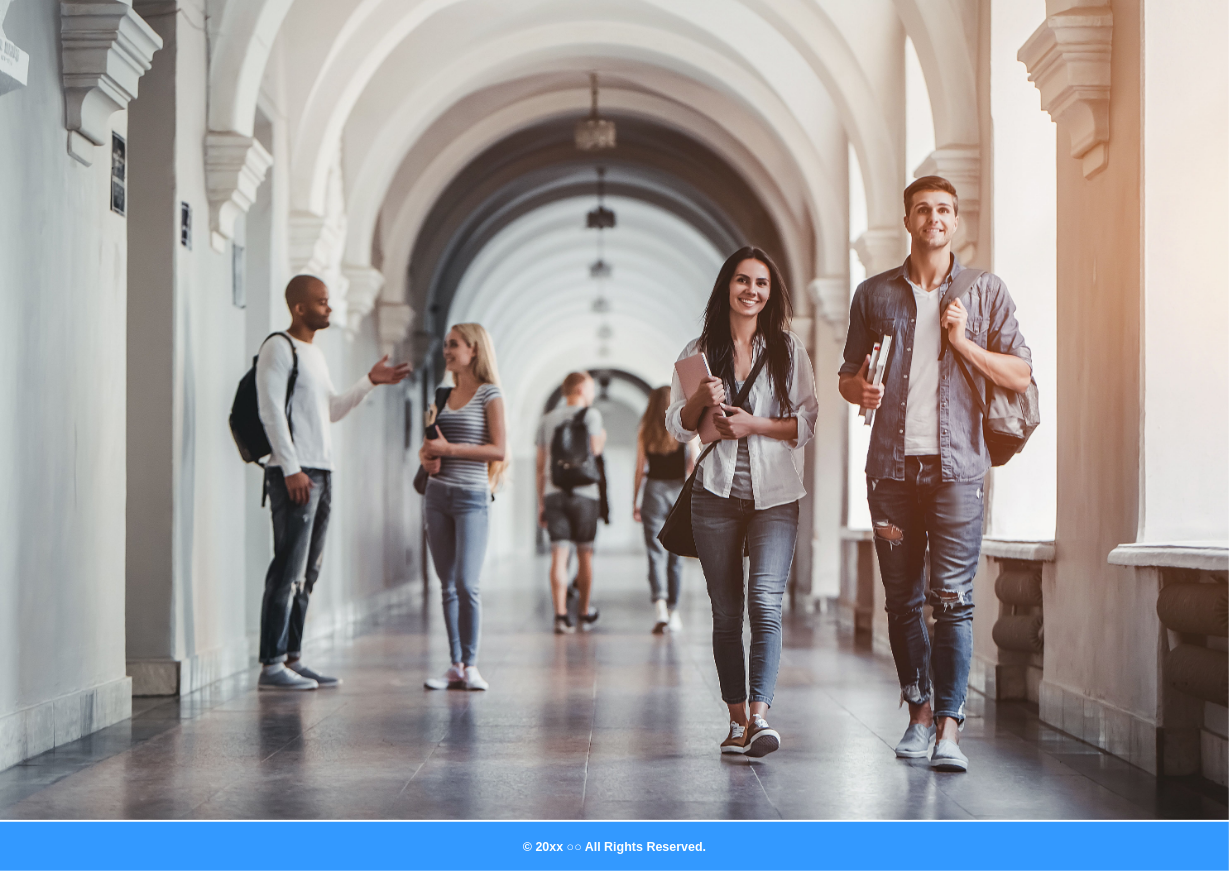
Repository: takahiro5555/samurai_HTML-CSS
Page: home.html
The author's editor kept a record of every edit. The page is drawn from the files as they stood at one moment, then again after the next edit.
The browser window is 1280 px wide. The pictures show the whole page, at 96% of full size.

Above is the page before.

After the next edit:
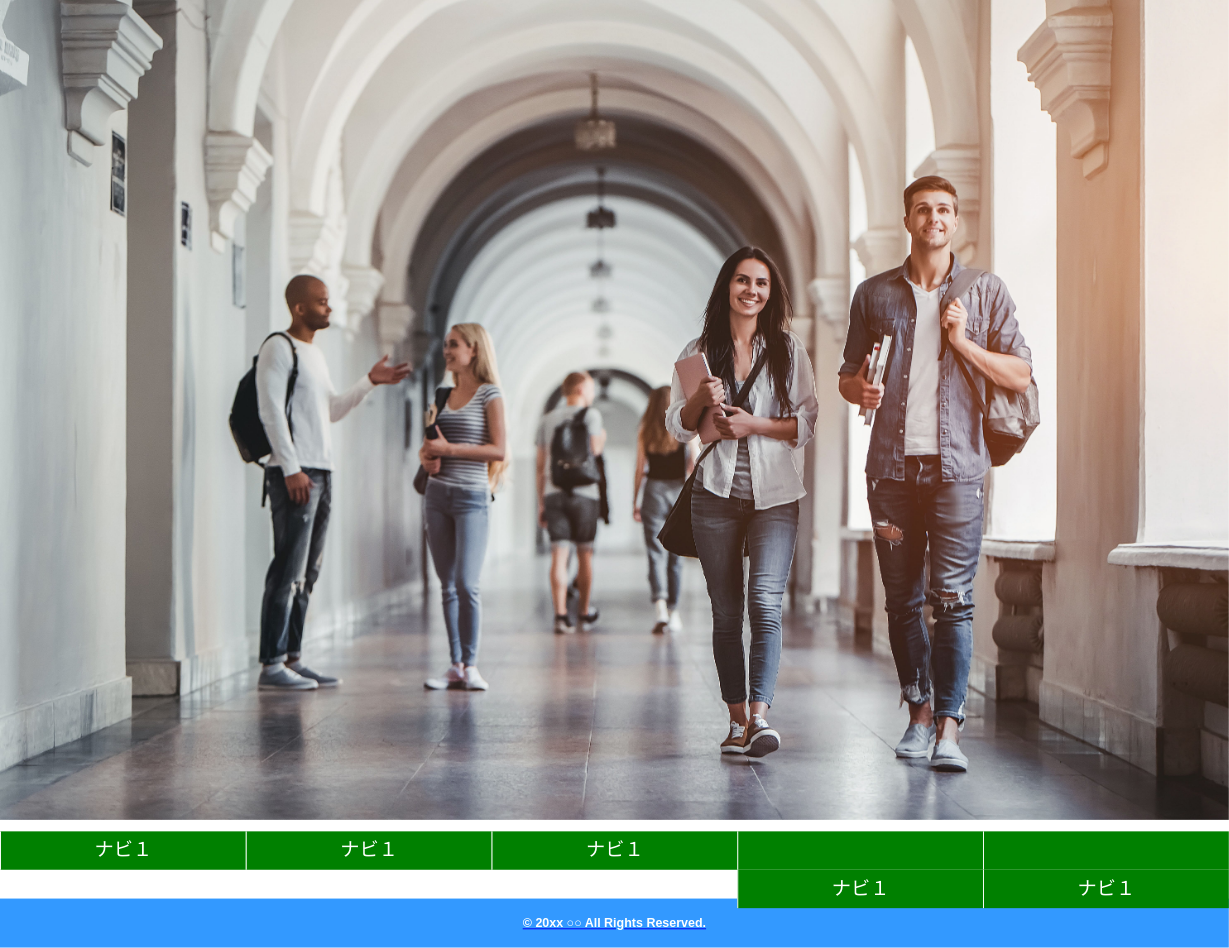
The edit:
--- a/home.html
+++ b/home.html
@@ -12,11 +12,11 @@
     <div id="wrapper">
         <div id="nav">
             <ul>
-                <li></li>
-                <li></li>
-                <li></li>
-                <li></li>
-                <li></li>
+                <li><a href="home.html">ナビ１</a></li>
+                <li><a href="#">ナビ１</a></li>
+                <li><a href="#">ナビ１</li>
+                <li><a href="#">ナビ１</li>
+                <li><a href="#">ナビ１</li>
             </ul>
         </div>
     </div>
